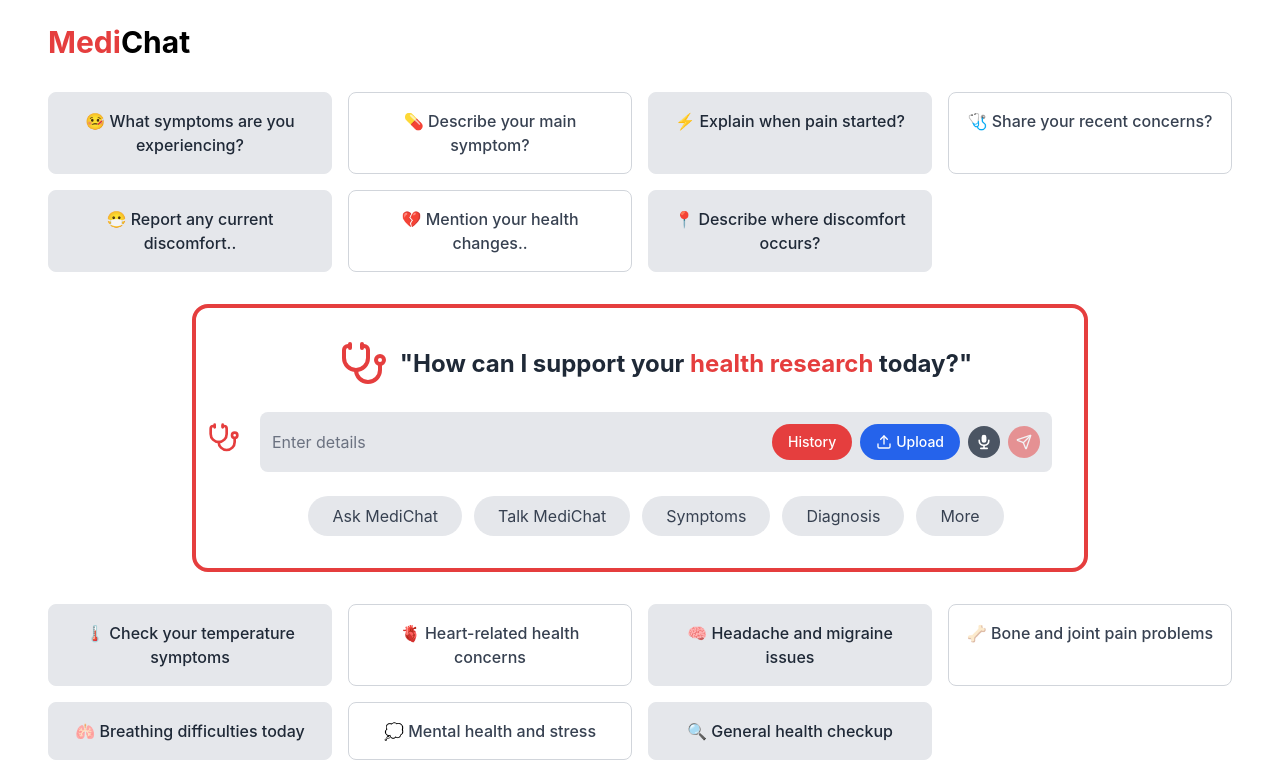
Repository: KarthikBalaji-007/telemedicine-frontend
Page: / (app in frontend_backup/medichat-frontend/)
An editor plug-in stored every save of this project. The page is shown before and after the next save, followed by the edit.
The browser window is 1280 px wide. The pictures show the whole page.
The project was rebuilt for these pictures with package versions that can differ from the ones it lists, and the page was loaded fresh each time. Also part of the build but not shown: frontend_backup/medichat-frontend/src/components/ChatInterface.jsx, frontend_backup/medichat-frontend/src/components/DiagnosisResult.jsx, frontend_backup/medichat-frontend/src/components/History.jsx.

Above is the page before, as saved 2025-08-13 17:06:50.

After the next save:
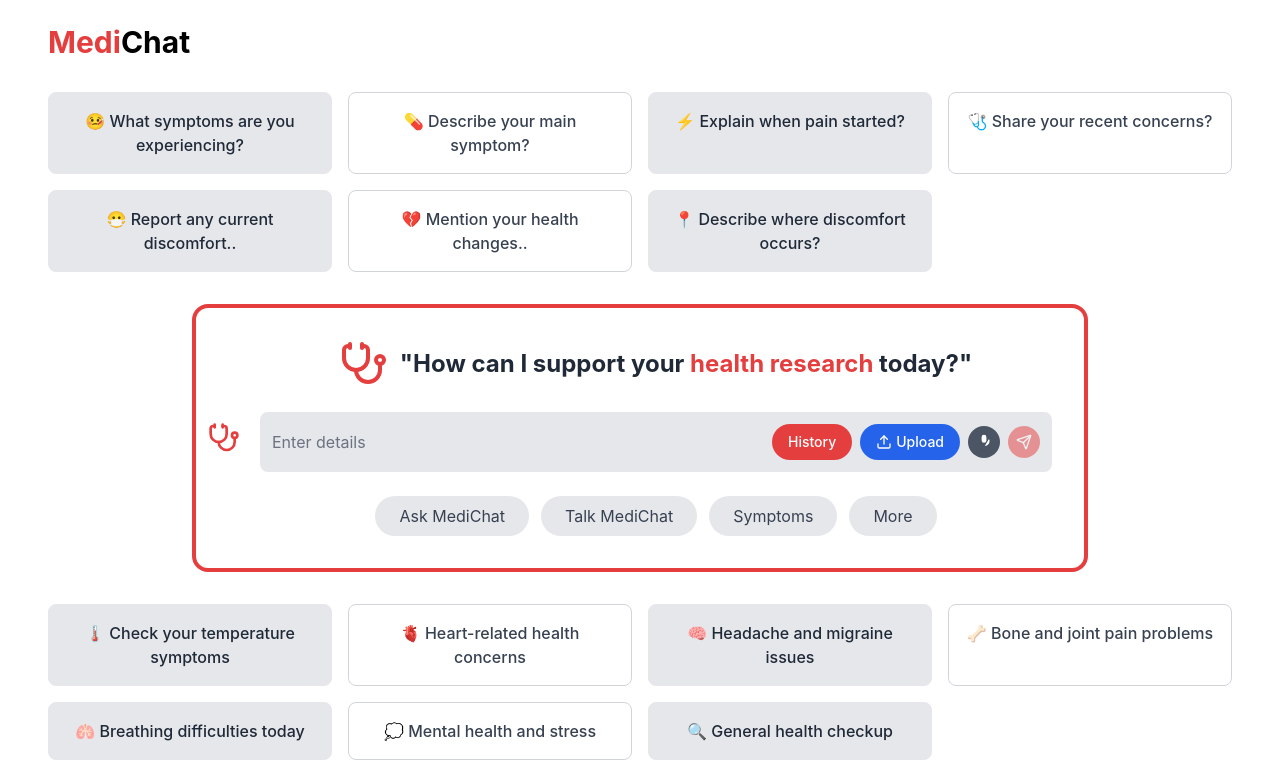
Saved 3 min 41 s later.
--- a/frontend_backup/medichat-frontend/src/components/HomePage.jsx
+++ b/frontend_backup/medichat-frontend/src/components/HomePage.jsx
@@ -117,7 +117,7 @@
                         History
                       </button>
 
-                      {/* Upload Button - Added here */}
+                      {/* Upload Button */}
                       <label className="bg-blue-600 text-white px-4 py-2 rounded-full text-sm font-medium cursor-pointer hover:bg-blue-700 transition-colors flex items-center">
                         <Upload className="w-4 h-4 mr-1" />
                         Upload
@@ -134,7 +134,7 @@
                         className="bg-gray-600 text-white p-2 rounded-full"
                       >
                         <svg className="w-4 h-4" fill="currentColor" viewBox="0 0 20 20">
-                          <path fillRule="evenodd" d="M7 4a3 3 0 016 0v4a3 3 0 11-6 0V4zm4 10.93A7.001 7.001 0 0017 8a1 1 0 10-2 0A5 5 0 015 8a1 1 0 00-2 0 7.001 7.001 0 006 6.93V17H6a1 1 0 100 2h8a1 1 0 100-2h-3v-2.07z" clipRule="evenodd" />
+                          <path fillRule="evenodd" d="M7 4a3 3 0 016 0v4a3 3 0 11-6 0V4zm4 10.93A7.001 7.001 0 0017 8a1 1 0 10-2 0A5 5 0 715 8a1 1 0 00-2 0 7.001 7.001 0 006 6.93V17H6a1 1 0 100 2h8a1 1 0 100-2h-3v-2.07z" clipRule="evenodd" />
                         </svg>
                       </button>
                       <button
@@ -148,7 +148,7 @@
                   </div>
                 </form>
 
-                {/* Quick Action Buttons */}
+                {/* Quick Action Buttons - DIAGNOSIS BUTTON REMOVED */}
                 <div className="flex flex-wrap justify-center gap-3 mt-6">
                   <button
                     onClick={() => navigate('/chat')}
@@ -168,12 +168,7 @@
                   >
                     Symptoms
                   </button>
-                  <button
-                    onClick={() => navigate('/diagnosis')}
-                    className="px-6 py-2 bg-gray-200 text-gray-700 rounded-full hover:bg-gray-300 transition-colors"
-                  >
-                    Diagnosis
-                  </button>
+                  {/* DIAGNOSIS BUTTON REMOVED FROM HERE */}
                   <button className="px-6 py-2 bg-gray-200 text-gray-700 rounded-full hover:bg-gray-300 transition-colors">
                     More
                   </button>

After the save that followed:
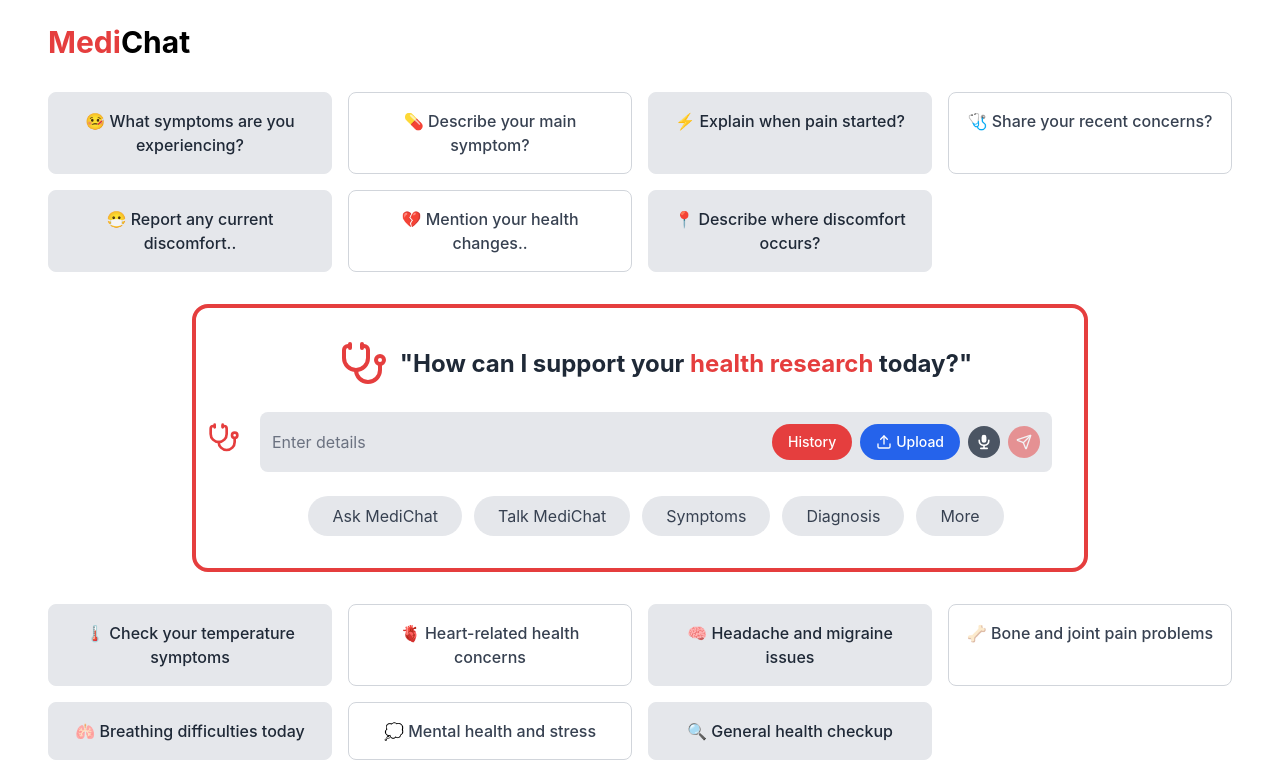
Saved 89 s later.
--- a/frontend_backup/medichat-frontend/src/components/HomePage.jsx
+++ b/frontend_backup/medichat-frontend/src/components/HomePage.jsx
@@ -117,7 +117,7 @@
                         History
                       </button>
 
-                      {/* Upload Button */}
+                      {/* Upload Button - Added here */}
                       <label className="bg-blue-600 text-white px-4 py-2 rounded-full text-sm font-medium cursor-pointer hover:bg-blue-700 transition-colors flex items-center">
                         <Upload className="w-4 h-4 mr-1" />
                         Upload
@@ -134,7 +134,7 @@
                         className="bg-gray-600 text-white p-2 rounded-full"
                       >
                         <svg className="w-4 h-4" fill="currentColor" viewBox="0 0 20 20">
-                          <path fillRule="evenodd" d="M7 4a3 3 0 016 0v4a3 3 0 11-6 0V4zm4 10.93A7.001 7.001 0 0017 8a1 1 0 10-2 0A5 5 0 715 8a1 1 0 00-2 0 7.001 7.001 0 006 6.93V17H6a1 1 0 100 2h8a1 1 0 100-2h-3v-2.07z" clipRule="evenodd" />
+                          <path fillRule="evenodd" d="M7 4a3 3 0 016 0v4a3 3 0 11-6 0V4zm4 10.93A7.001 7.001 0 0017 8a1 1 0 10-2 0A5 5 0 015 8a1 1 0 00-2 0 7.001 7.001 0 006 6.93V17H6a1 1 0 100 2h8a1 1 0 100-2h-3v-2.07z" clipRule="evenodd" />
                         </svg>
                       </button>
                       <button
@@ -148,7 +148,7 @@
                   </div>
                 </form>
 
-                {/* Quick Action Buttons - DIAGNOSIS BUTTON REMOVED */}
+                {/* Quick Action Buttons */}
                 <div className="flex flex-wrap justify-center gap-3 mt-6">
                   <button
                     onClick={() => navigate('/chat')}
@@ -168,7 +168,12 @@
                   >
                     Symptoms
                   </button>
-                  {/* DIAGNOSIS BUTTON REMOVED FROM HERE */}
+                  <button
+                    onClick={() => navigate('/diagnosis')}
+                    className="px-6 py-2 bg-gray-200 text-gray-700 rounded-full hover:bg-gray-300 transition-colors"
+                  >
+                    Diagnosis
+                  </button>
                   <button className="px-6 py-2 bg-gray-200 text-gray-700 rounded-full hover:bg-gray-300 transition-colors">
                     More
                   </button>
